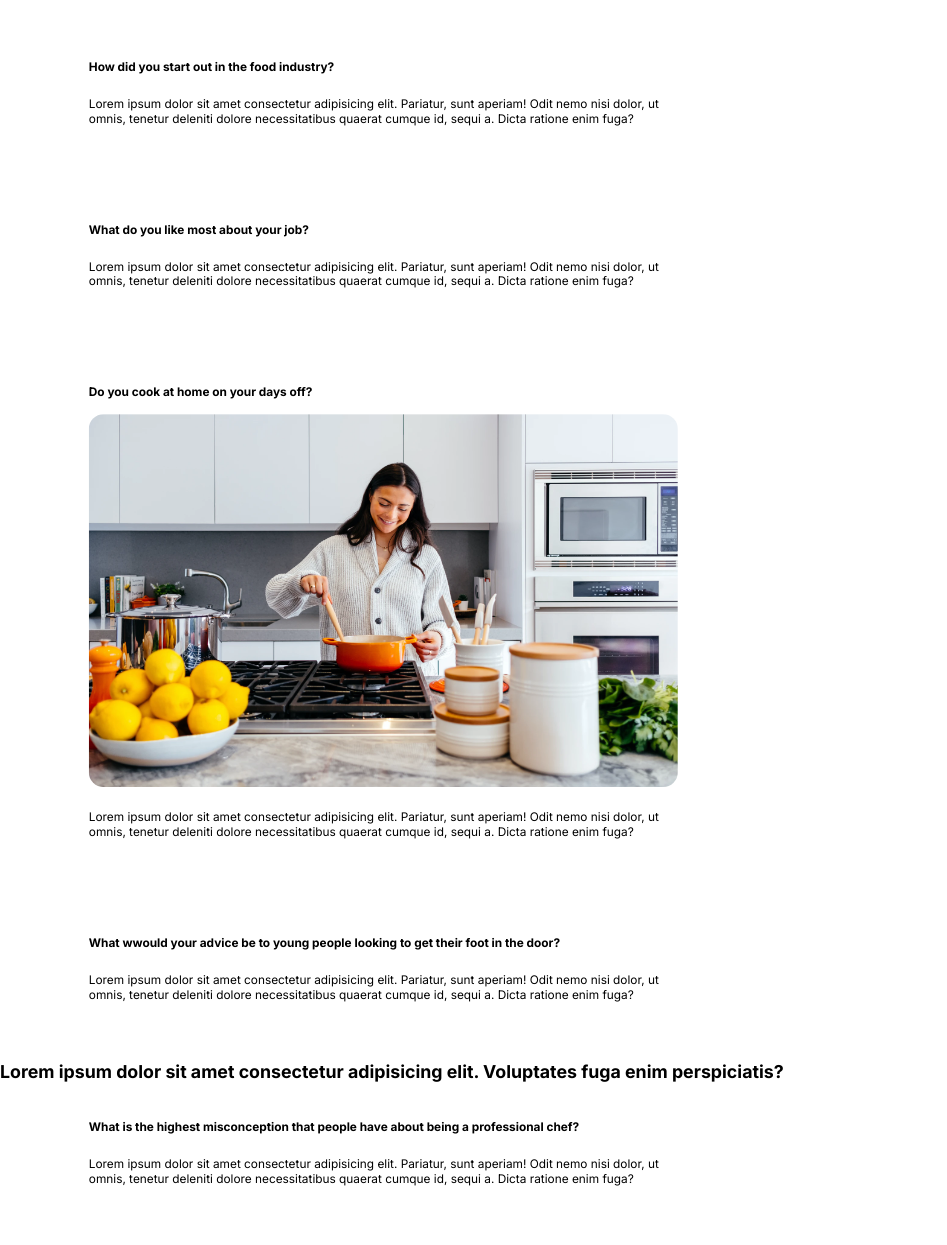
Repository: SolomonChinonso/Advanced-html-and-css-project
Page: blog.html
These files come from the project's save history. The page is drawn as it stood at one moment and after the next save; the edit follows.
The browser window is 1280 px wide. The pictures show the part of the page from y = 1251 to 2934 px (the page is 2934 px tall before and 2884 px after), at 74% of full size.

Above is the page before, as saved 2026-04-19 01:33:09.

### blog.html
<!DOCTYPE html>
<html lang="en">
<head>
    <meta charset="UTF-8">
    <meta name="viewport" content="width=device-width, initial-scale=1.0">
    <title>Document</title>
    <link rel="stylesheet" href="style.css">
    <link href="https://fonts.googleapis.com/css2?family=Lobster&display=swap" rel="stylesheet">
    <link href="https://fonts.googleapis.com/css2?family=Inter:wght@400;500;600;700&display=swap" rel="stylesheet">
</head>
<body>
    <header>
        <strong class="logo">Foodieland<em class="dot">.</em></strong>
        <nav>

            <ul>
                <li><a href="#">Home</a></li>
                <li><a href="#">Recipes</a></li>
                <li><a href="#">Blog</a></li>
                <li><a href="#">Contact</a></li>
                <li><a href="#">About Us</a></li>
            </ul>

        </nav>
        <section class="social-handles">
                <a href="#"><img src="./social-icons/001-facebook.png" alt="facebook" id="fb"></a>

                <a href="#"><img src="./social-icons/003-twitter.png" alt=""></a>

                <a href="#"><img src="./social-icons/004-instagram.png" alt=""></a>
        </section>
    </header>

    <section class="blog-section">
        <h1 class="blog-header">
            Full Guide to Becoming a Professional Chef
        </h1>

        <div class="editor">
            <div class="editor-profile">
                <img src="./social-icons/Ellipse 2 (1).png" alt="">
                <strong>John Smith</strong>
            </div>

            <div class="editor-date">
                <p>15 March 2022</p>
            </div>
        </div>

        <p class="head-text">
            Lorem, ipsum dolor sit amet consectetur adipisicing elit. Libero molestiae optio sit placeat perferendis in, rem quo adipisci soluta ipsam? Rerum, est autem.
        </p>

        <div class="dry-kitchen">
            <img src="./images/dry-kitchen.png" alt="">
        </div>
    </section>

    <main class="main-blog">
        <div class="query-section">
            <div class="query">
                <h4>
                    How did you start out in the food industry?
                </h4>
                <p>Lorem ipsum dolor sit amet consectetur adipisicing elit. Pariatur, sunt aperiam! Odit nemo nisi dolor, ut omnis, tenetur deleniti dolore necessitatibus quaerat cumque id, sequi a. Dicta ratione enim fuga?</p>
            </div>

            <div class="query">
                <h4>
                    What do you like most about your job?
                </h4>
                <p>Lorem ipsum dolor sit amet consectetur adipisicing elit. Pariatur, sunt aperiam! Odit nemo nisi dolor, ut omnis, tenetur deleniti dolore necessitatibus quaerat cumque id, sequi a. Dicta ratione enim fuga?</p>
            </div>

            <div class="query">
                <h4>
                    Do you cook at home on your days off?
                </h4>

                <img src="./images/wet-kitchen.png" alt="">
                <p>Lorem ipsum dolor sit amet consectetur adipisicing elit. Pariatur, sunt aperiam! Odit nemo nisi dolor, ut omnis, tenetur deleniti dolore necessitatibus quaerat cumque id, sequi a. Dicta ratione enim fuga?</p>
            </div>

            <div class="query">
                <h4>
                    What wwould your advice be to young people looking to get their foot in the door?
                </h4>
                <p>Lorem ipsum dolor sit amet consectetur adipisicing elit. Pariatur, sunt aperiam! Odit nemo nisi dolor, ut omnis, tenetur deleniti dolore necessitatibus quaerat cumque id, sequi a. Dicta ratione enim fuga?</p>
            </div>

            <div class="action">
                <h2>
                    Lorem ipsum dolor sit amet consectetur adipisicing elit. Voluptates fuga enim perspiciatis?
                </h2>
            </div>

            <div class="query">
                <h4>
                    What is the highest misconception that people have about being a professional chef?
                </h4>
                <p>Lorem ipsum dolor sit amet consectetur adipisicing elit. Pariatur, sunt aperiam! Odit nemo nisi dolor, ut omnis, tenetur deleniti dolore necessitatibus quaerat cumque id, sequi a. Dicta ratione enim fuga?</p>
            </div>
        </div>
    </main>
</body>
</html>

### style.css
* {
  margin: 0;
  padding: 0;
  box-sizing: border-box;
}

body {
  width: 100%;
  font-family: Inter, sans-serif;
  background-color: #ffffff;
}

header {
  display: flex;
  justify-content: space-between;
  align-items: center;
  padding: 15px 20px;
  border-bottom: 1px solid #e5e7eb;

}

.logo {
  font-family: Lobster, cursive;
  font-size: 24px;
  font-weight: 400;
}

.dot {
  color: rgb(251, 207, 47);
}

nav ul {
  display: flex;
  align-items: center;
  gap: 35px;
  list-style: none;
}

nav ul li a {
  text-decoration: none;
  color: #000;
  font-size: 14px;
  font-weight: 500;
  transition: color 0.3s ease;
}

nav ul li a:hover {
  color: #f59e0b;
}
nav ul li a:active{
    color: rgb(206, 128, 128);
}
nav ul li a:focus{
    color: rgb(181, 12, 12);
}
.social-handles {
  display: flex;
  align-items: center;
  gap: 35px;

}

.social-handles a img {
  width: 20px;
  height: 20px;
}

.social-handles a #fb{
    width: 10px;
  height: 20px;
}

.banner {
  display: flex;
  justify-content: center;
  align-items: center;
  width: 100%;
  max-width: 1300px;
  margin: 30px auto;
  position: relative;
  padding: 0 20px;
}

.badge {
  position: absolute;
  top: 5%;
  left: 50%;
  z-index: 1;
}

.badge img {
  width: 120px;
}

.banner-section {
  display: flex;
  border-radius: 40px;
  overflow: hidden;
  min-height: 600px;
}

.details,
.banner-img {
  flex: 1;
  width: 55%;
}


.details {
  background-color: #e7fafe;
  padding: 40px;
  display: flex;
  flex-direction: column;
  justify-content: center;

}

.hot-recipe {
  display: inline-flex;
  align-items: center;
  gap: 10px;
  background-color: #fff;
  padding: 12px 20px;
  border-radius: 30px;
  box-shadow: 0 4px 10px rgba(0, 0, 0, 0.08);
  font-size: 14px;
  font-weight: 600;
  width: fit-content;
}

.details h1 {
  font-size: 56px;
  line-height: 1.1;
  margin: 30px 0 20px;
  color: #000;
}

.details p {
  font-size: 16px;
  line-height: 1.8;
  color: #555;
  margin-bottom: 30px;
}

.timer-utensils {
  display: flex;
  gap: 20px;
  flex-wrap: wrap;
  margin-bottom: 40px;
}

.timer-utensils span {
  display: flex;
  align-items: center;
  gap: 10px;
  background-color: rgba(0, 0, 0, 0.06);
  padding: 10px 18px;
  border-radius: 30px;
  font-size: 14px;
}

.author-profile {
  display: flex;
  align-items: center;
  gap: 20px;
  margin-top: auto;
  flex-wrap: wrap;
}

.author-profile > span:first-child img {
  width: 50px;
  height: 50px;
}

.author-details {
  display: flex;
  flex-direction: column;
  justify-content: center;
  gap: 5px;
}

.author-details strong {
  font-size: 16px;
}

.author-details p {
  margin: 0;
  font-size: 14px;
  color: #888;
}

.viewRecipe button {
  display: flex;
  align-items: center;
  gap: 10px;
  background-color: #000;
  color: #fff;
  border: none;
  border-radius: 12px;
  padding: 15px 24px;
  font-size: 14px;
  font-weight: 500;
  cursor: pointer;
  transition: background-color 0.3s ease;
    margin-left: 90px;
}

button:hover {
  background-color: #333;
}

.banner-img img {
  width: 100%;
  height: 100%;
  object-fit: cover;
}

.category{
  display: flex;
  flex-direction: column;
  margin: 75px 30px;
}
.category-header{
    display: flex;
    justify-content: space-between;
    align-items: center;
     margin: 75px 30px;
}
.category-menus{
    display: flex;
    justify-content: space-around;
    flex-wrap: wrap;

}
.category-header h2{
    font-size: 50px;
    font-weight: 600;
}
.category-header button{
    padding: 15px 25px;
    background-color: #e7fafe;
    font-size: 15px;
    font-weight: 600;
    border-radius: 10px;
    border: none;
    cursor: pointer;

}

.category-menus div{
    padding: 30px;
    border-radius: 30px;
    text-align: center;
    font-weight: 600;

}

.category-menus div img{
    display: flex;
    margin-bottom: 30px;
}
.category-menus div:nth-child(1){
    background: linear-gradient(to top, #dae0cc, WHITE);
}
.category-menus div:nth-child(2){
    background: linear-gradient(to top, #e5f0df, WHITE);
}
.category-menus div:nth-child(3){
    background: linear-gradient(to top, #f1eae9, WHITE);
}
.category-menus div:nth-child(4){
    background: linear-gradient(to top, #f6f0e5, WHITE);
}
.category-menus div:nth-child(5){
    background: linear-gradient(to top, #f0e6e6, WHITE);
}
.category-menus div:nth-child(6){
    background: linear-gradient(to top, #f1eaea, WHITE);
}

.card img{
    width: 100%;
    height: 200px;
    object-fit: cover;
    border-radius: 10px;
}

.advert-section{
    display: flex;
    flex-direction: column;
    flex-wrap: wrap;
    justify-content: center;
    align-items: center;
    text-align: center;
}
.cards{
    display: flex;
    justify-content: center;
    align-items: center;
    flex-wrap: wrap;
    gap: 15px;
}

.card-layout{
    position: relative;
    flex: 0  calc(33.333% - 20px);
    box-sizing: border-box;
    background: linear-gradient(to top, #e7fafe, white );
    padding: 10px;
    border-radius: 20px;
    text-align: left;
}
.card-layout .timer-utensils span{
    display: flex;
    background: none;
    justify-content: left;
    padding: 0;
    padding-top: 30px;
}
.card-layout .vector{
    display: flex;
    background: white;
    padding: 10px;
    border-radius: 50%;
    position: absolute;
    right: 20px;
    top: 30px;
}
 .advert-section h1{
    margin: 50px 50px 0;
}
.advert-section .advert-text{
    width: 50%;
    padding: 30px 0 70px 0;
    line-height: 30px;
}
.card-layout .green-card{
    background: none;
}
.info{
    display: flex;
    flex-direction: column;
    flex-wrap: wrap;
    justify-content: center;
    margin-top: 100px;
    align-items: center;
     padding: 20px;
}


.learn-more{
    display: flex;
    position: relative;
}
.info-left, .info-right{
    display: flex;
    flex-direction: column;
    justify-content: center;
    /* border: 1px solid black; */
    height: 600px;
    flex-wrap: wrap;
    flex: 1;
   align-items: center;
}
.info-left{
    padding-top: 100px;
}

.info-left h1{
    font-size: 42px;
    width: 500px;
    word-spacing: 5px;
    margin-bottom: 30px;
}
.info-left p{
    font-size: 15px;
    word-spacing: 5px;
    line-height: 30px;
}
.info-left button{
    width: 30%;
    justify-content: center;
    align-items: center;
    text-align: center;
    margin-top: 100px;
    padding: 10px 30px;
    background-color: #000;
    color: white;
    border-radius: 10px;
}

.instagram-section{
    display: flex;
    flex-direction: column;
    text-align: center;
    align-items: center;
    background: linear-gradient(to top, #e7fafe, white);
    /* border: 5px solid red; */
    height: 1050px;
    width: 100%;
    padding: 120px 0;
}
.instagram-section h1{
    padding-bottom: 50px;
}
.instagram-section p{
    width: 70%;
    text-align: center;
    /* padding-bottom: 100px; */
}
button{
    cursor: pointer;
}

.insta-img img{
    width: 100%;
    object-fit: cover;
    height: 300px;
    position: relative;

}
.insta-img p{
    position: absolute;
    top: 90px;
    z-index: 1;
    left: 225px;
    background-color: rgb(70, 68, 68);
    width: 38px;
    padding: 5px;
    border-radius: 15px;
    color: white;
}

.insta-header{
    display: flex;
    flex-direction: row;
    position: relative;
}
.insta-header .logo{
    font-size: 6px;
    background-color: #000;
    color: white;
    padding: 20px 10px;
    border-radius: 50%;
    /* position: absolute; */
}
.insta-cards{
    display: flex;
    flex-direction: row;
    margin-top: 100px;
    /* flex-wrap: wrap; */
    justify-content: space-between;
    align-items: center;
    gap: 20px;
}
.insta-card{
    position: relative;
    width: 280px;
    height: 540px;
    /* border: 4px solid black; */
    background-color: white;
}
.jots{
    display: flex;
    flex-direction: row;
    gap: 20px;
    justify-content: center;
    align-items: center;

}
.insta-header{
    display: flex;
    justify-content: space-between;
    padding: 8px;
}
.japan{
    line-height: 20px;
}
.japan p{
    font-size: 13px;

}
.japan h6{
    font-size: 15px;
}
.insta-header button{
    font-size: 30px;
    display: flex;
    text-align: center;
    background: none;
    border: none;
}
.shapes{
    display: flex;
    justify-content: space-between;
    padding: 10px;
}
.insta-footer button{
    width: 30px;
    font-weight: 600;
    /* font-size: x-large; */
    display: flex;
    text-align: start;
    position: relative;
    top: -5px;
    background: none;
    border: none;
    justify-content: flex-start;
}
.insta-footer button em{
    color: #456ec4;
}
.follower-section .follower-details{
    display: flex;
}
.follower-details img{
    width: 8%;
    height: 8%;
    border-radius: 50%;
}
.follower-details{
    padding: 0px;
}
.follower-details p{
    font-size: 12px;
    width: 100%;
    padding: 0 0 20px 0;
}
.follower-section{
    display: flex;
    flex-direction: column;
    flex-wrap: wrap;
    justify-content: center;
    align-items: center;
    text-align: center;
    padding: 10px;
}
.follower-section p{
   text-align: left;
    width: 100%;
    font-size: 12px;
    gap: 20px;
}
.follower-section .date{
    padding: 20px 0;
    color: grey;
}
.insta-btn{
    display: flex;
    margin-top: 50px;
    padding: 14px 14px;
    text-align: center;
    gap: 20px;
    font-size: 15px;
    border-radius: 10px;
    background-color: #000;
    color: white;
    align-items: center;
    margin: 30px;
}
.insta-btn img{
    color: white;
    z-index: 2;
}
.recipe-section{
    /* border: 2px solid red; */
}
.recipe-header{
    display: flex;
    margin: 100px 10px 50px 10px;
    justify-content: left;
    align-items: center;
    gap: 50px;
}
.recipe-header h1{
    font-size: 55px;
}
.recipe-cards{
    display: flex;
    justify-content: center;
    align-items: center;
    flex-wrap: wrap;
    gap: 10px;
    /* border: 2px solid black; */
}
.recipe-section .recipe-cards .card-layout{
    width: 100%;
    background: none;
    flex: 0 0 calc(25% - 10px);
}
.comment-section{
    display: flex;
    flex-wrap: wrap;

    text-align: center;
    padding: 40px 0 0 0;
    background-color: #e5fafe;
    border-radius: 20px;
    overflow: hidden;
    margin: 10px;
}
.comment-section .comment-info{
    display: flex;
    flex-direction: column;
    justify-content: center;
    text-align: center;
    padding-top: 30px;
    font-size: 15px;

   line-height: 50px;
}

.comment-box{
    display: flex;
    flex-direction: row;
    justify-content: space-between;

}
.comment-box img{
    width: 10%;
    object-fit: cover;
}
.input-section{
    display: flex;
    background-color: white;
    height: 40px;
    padding: 20px;
    border-radius: 10px;
    justify-content: center;
    text-align: center;
    align-items: center;
}
.input-section input{
    padding: 12px;
    border: none;

}

.input-section button{
    display: flex;
    text-align: center;
    padding: 8px 20px;

    background-color: #000;
    color: white;
    border-radius: 10px;
}
.comment-box :nth-child(1){
    transform: translate(0px, 10px)rotate(30deg)scale(1.5);
}

.footer-section{
    display: flex;
    justify-content: space-between;
    margin: 150px 10px 50px 10px;
     border-bottom: 1px solid grey;
     flex-wrap: wrap;
}
.footer-left p{
    font-size: 12px;
    line-height: 50px;
}
.footer-section ul{
    display: flex;
    gap: 40px;
}
.footer-section ul li{
    list-style: none;

}
.footer-section ul li a{
    text-decoration: none;
    color: black;
    font-weight: 600;
    font-size: 14px;
}
footer{
    display: flex;
    justify-content: space-between;
    align-items: center;
     margin: 0 10px 30px 10px;

}
footer:nth-child(2){
    justify-content: flex-end;
}

footer p strong{
    font-weight: 400;
    color: red;
}

.blog-section{
    display: flex;
    justify-content: center;
    flex-direction: column;
    align-items: center;
}
.blog-header{
    font-size: 50px;
    padding: 100px 20px 40px 20px;
}
.editor-profile{
    display: flex;
    justify-content: center;
    align-items: center;
    gap: 20px;
    padding: 5px 80px;
    border-right: 1px solid gray;
}
.editor{
    display: flex;
    justify-content: center;
    align-items: center;

}
.editor-date{
    margin-left: 30px;
    color: gray;
}
.head-text{
    width: 80%;
    text-align: center;
    line-height: 30px;
    margin-top: 40px;
}
.dry-kitchen img{
    display: flex;
    width: 90vw;
    height: 100vh;
    object-fit: cover;
    margin: 30px 10px;
    border-radius: 20px;
}
.query{
    display: flex;
    flex-direction: column;
    padding: 50px 50px;
    justify-content: center;
    align-items: conter;
    width: 70%;
    margin-left: 70px;
}
.query img{
    width: 100%;
    height: 70vh;
    border-radius: 20px;
    margin-top: 20px;
}
.query.h4, p{
    padding: 30px 0;
}
.query p{
    font-size: ;
}

After the next save:
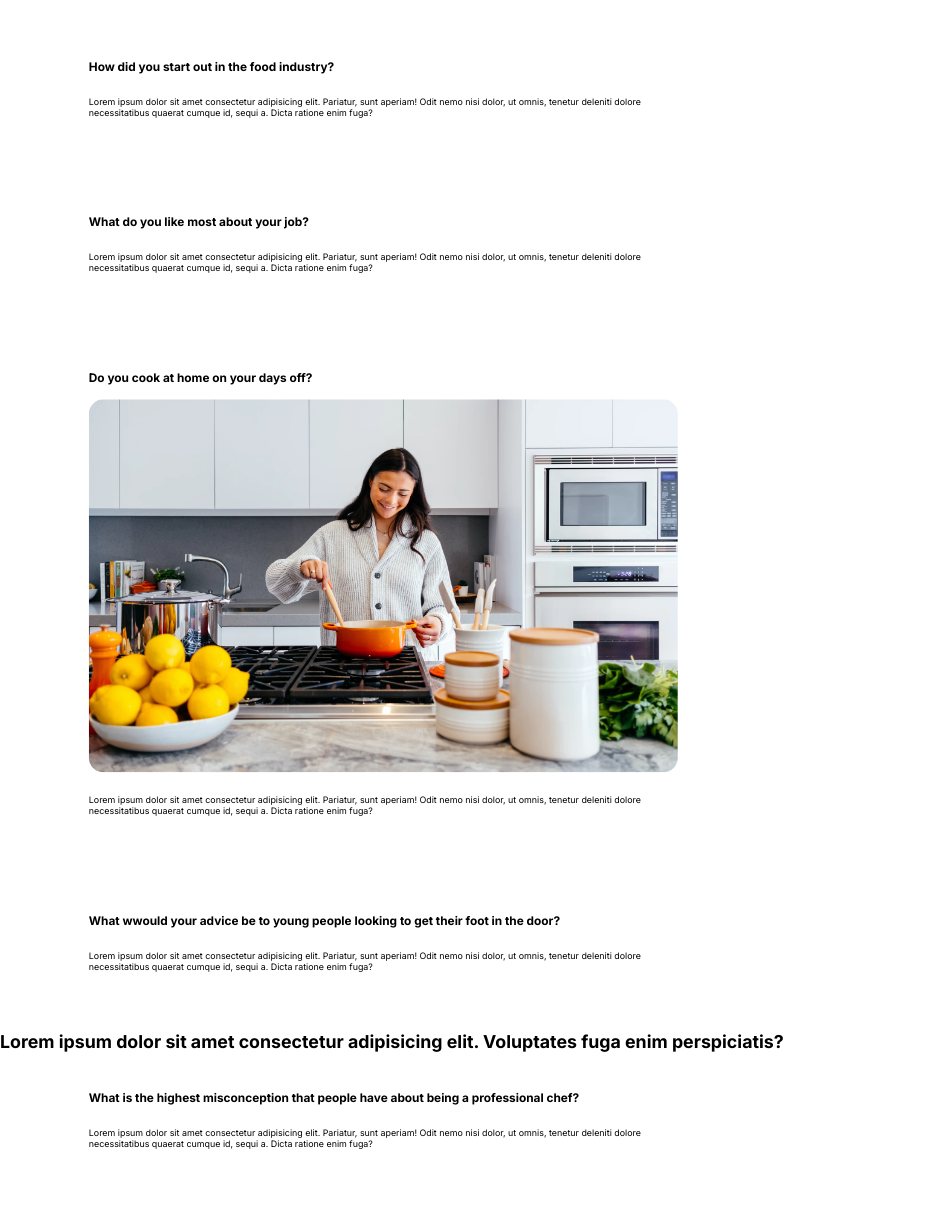
Saved 4 s later.
--- a/style.css
+++ b/style.css
@@ -751,5 +751,5 @@ footer p strong{
     padding: 30px 0;
 }
 .query p{
-    font-size: ;
-}
+    font-size: 12px;
+}
